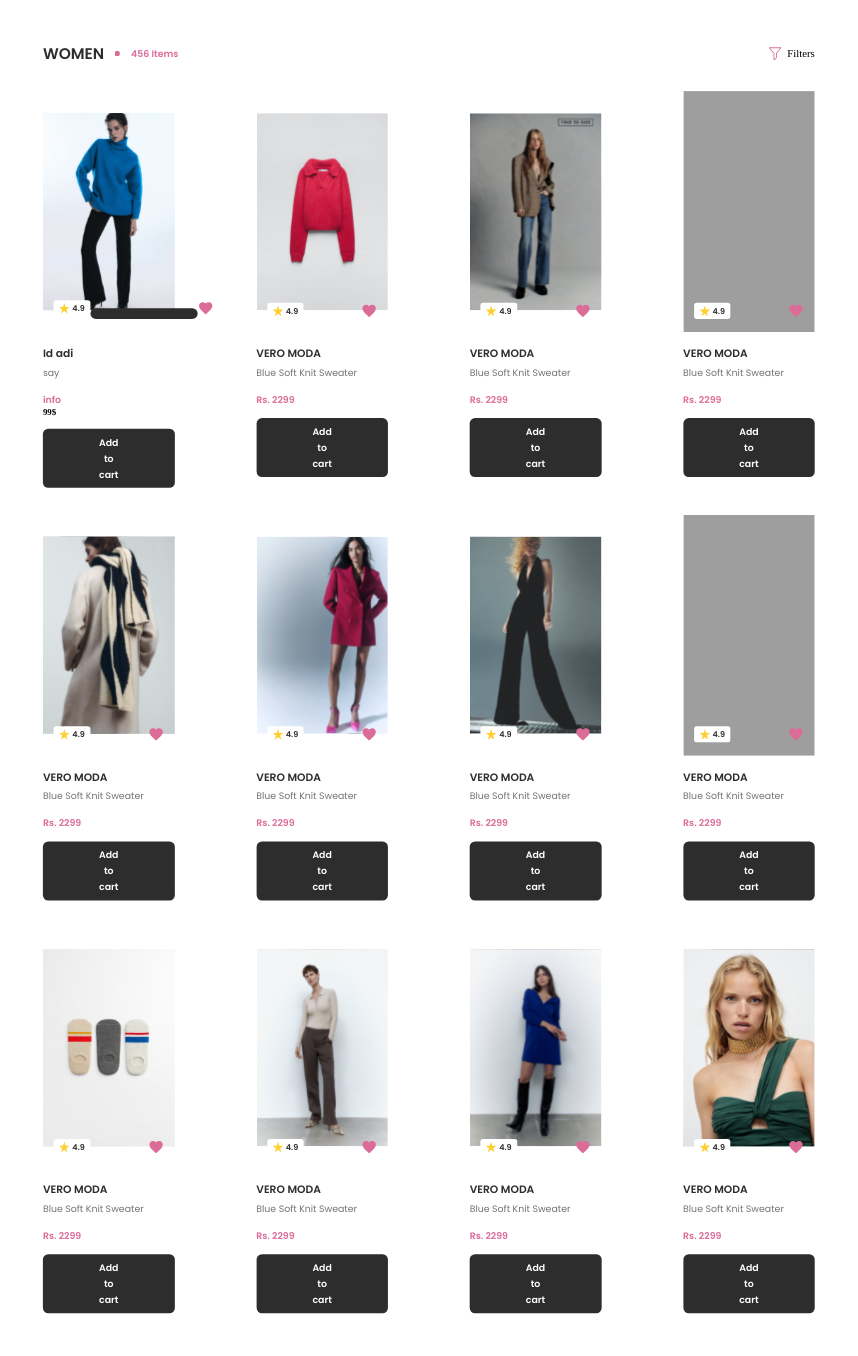
Repository: NatiqSamiyev/E-commerce-vebsite
Page: pages/shopPage/index.html
These files come from the project's save history. The page is drawn as it stood at one moment and after a run of saves; the edit follows.
The browser window is 1280 px wide. The pictures show the whole page, at 67% of full size.
Pictures or frames that could not be fetched are drawn as grey boxes. Some web fonts or font styles are not loaded; a fallback is used. The style sheet was rebuilt from its Sass, Less or Tailwind sources for each picture, by a compiler version that may differ from the author's.

Above is the page before, as saved 2023-12-09 11:52:52.

### pages/shopPage/index.html
<!DOCTYPE html>
<html lang="en">
  <head>
    <meta charset="UTF-8" />
    <meta name="viewport" content="width=device-width, initial-scale=1.0" />
    <title>Document</title>
    <link rel="stylesheet" href="../../assets/css/reset.css" />
    <link rel="stylesheet" href="./index.css" />
  </head>
  <body>
    <div class="shop-container">
      <div class="title-container">
        <div class="div-1">
          <h1>WOMEN</h1>
          <img src="../../assets/image/Ellipse 1.svg" alt="" />
          <p>456 Items</p>
        </div>

        <div class="div-2">
          <img src="../../assets/image/cil_filter.svg" alt="" />
          <p>Filters</p>
        </div>
      </div>

      <div class="image-box">
        <div class="box-container">
          <div class="image-container">
            <img class="image-1" src="../../assets/image/image 13.svg" alt="" />
            <div class="div-3">
              <div class="icon">
                <img
                  class="image-2"
                  src="../../assets/image/icon emojione-star.svg"
                  alt=""
                />
                <p>4.9</p>
              </div>
<button class="no-fav-btn"></button>
              <img
                class="image-3"
                src="../../assets/image/mdi_cards-heart.svg"
                alt=""
              />
            </div>
          </div>
          <h2><span>Id</span> adi</h2>
          <h3>say</h3>
          <h4>info</h4>
          <h5><span>99</span>$</h5>
          <button>
            <a href="#">Add to cart</a>
          </button>
        </div>

        <div class="box-container">
          <div class="image-container">
            <img
              class="image-1"
              src="../../assets/image/image 13 (1).svg"
              alt=""
            />
            <div class="div-3">
              <div class="icon">
                <img
                  class="image-2"
                  src="../../assets/image/icon emojione-star.svg"
                  alt=""
                />
                <p>4.9</p>
              </div>

              <img
                class="image-3"
                src="../../assets/image/mdi_cards-heart.svg"
                alt=""
              />
            </div>
          </div>

          <h2>VERO MODA</h2>
          <h3>Blue Soft Knit Sweater</h3>
          <h4>Rs. 2299</h4>

          <button>
            <a href="#">Add to cart</a>
          </button>
        </div>

        <div class="box-container">
          <div class="image-container">
            <img
              class="image-1"
              src="../../assets/image/image 13 (2).svg"
              alt=""
            />
            <div class="div-3">
              <div class="icon">
                <img
                  class="image-2"
                  src="../../assets/image/icon emojione-star.svg"
                  alt=""
                />
                <p>4.9</p>
              </div>

              <img
                class="image-3"
                src="../../assets/image/mdi_cards-heart.svg"
                alt=""
              />
            </div>
          </div>

          <h2>VERO MODA</h2>
          <h3>Blue Soft Knit Sweater</h3>
          <h4>Rs. 2299</h4>

          <button>
            <a href="#">Add to cart</a>
          </button>
        </div>

        <div class="box-container">
          <div class="image-container">
            <img
              class="image-1"
              src="../../assets/image/image 13 (3).svg"
              alt=""
            />
            <div class="div-3">
              <div class="icon">
                <img
                  class="image-2"
                  src="../../assets/image/icon emojione-star.svg"
                  alt=""
                />
                <p>4.9</p>
              </div>

              <img
                class="image-3"
                src="../../assets/image/mdi_cards-heart.svg"
                alt=""
              />
            </div>
          </div>

          <h2>VERO MODA</h2>
          <h3>Blue Soft Knit Sweater</h3>
          <h4>Rs. 2299</h4>

          <button>
            <a href="#">Add to cart</a>
          </button>
        </div>

        <div class="box-container">
          <div class="image-container">
            <img
              class="image-1"
              src="../../assets/image/image 13 (4).svg"
              alt=""
            />
            <div class="div-3">
              <div class="icon">
                <img
                  class="image-2"
                  src="../../assets/image/icon emojione-star.svg"
                  alt=""
                />
                <p>4.9</p>
              </div>

              <img
                class="image-3"
                src="../../assets/image/mdi_cards-heart.svg"
                alt=""
              />
            </div>
          </div>

          <h2>VERO MODA</h2>
          <h3>Blue Soft Knit Sweater</h3>
          <h4>Rs. 2299</h4>

          <button>
            <a href="#">Add to cart</a>
          </button>
        </div>

        <div class="box-container">
          <div class="image-container">
            <img
              class="image-1"
              src="../../assets/image/image 13 (5).svg"
              alt=""
            />
            <div class="div-3">
              <div class="icon">
                <img
                  class="image-2"
                  src="../../assets/image/icon emojione-star.svg"
                  alt=""
                />
                <p>4.9</p>
              </div>

              <img
                class="image-3"
                src="../../assets/image/mdi_cards-heart.svg"
                alt=""
              />
            </div>
          </div>

          <h2>VERO MODA</h2>
          <h3>Blue Soft Knit Sweater</h3>
          <h4>Rs. 2299</h4>

          <button>
            <a href="#">Add to cart</a>
          </button>
        </div>

        <div class="box-container">
          <div class="image-container">
            <img
              class="image-1"
              src="../../assets/image/image 13 (6).svg"
              alt=""
            />
            <div class="div-3">
              <div class="icon">
                <img
                  class="image-2"
                  src="../../assets/image/icon emojione-star.svg"
                  alt=""
                />
                <p>4.9</p>
              </div>

              <img
                class="image-3"
                src="../../assets/image/mdi_cards-heart.svg"
                alt=""
              />
            </div>
          </div>

          <h2>VERO MODA</h2>
          <h3>Blue Soft Knit Sweater</h3>
          <h4>Rs. 2299</h4>

          <button>
            <a href="#">Add to cart</a>
          </button>
        </div>

        <div class="box-container">
          <div class="image-container">
            <img
              class="image-1"
              src="../../assets/image/image 13 (7).svg"
              alt=""
            />
            <div class="div-3">
              <div class="icon">
                <img
                  class="image-2"
                  src="../../assets/image/icon emojione-star.svg"
                  alt=""
                />
                <p>4.9</p>
              </div>

              <img
                class="image-3"
                src="../../assets/image/mdi_cards-heart.svg"
                alt=""
              />
            </div>
          </div>

          <h2>VERO MODA</h2>
          <h3>Blue Soft Knit Sweater</h3>
          <h4>Rs. 2299</h4>

          <button>
            <a href="#">Add to cart</a>
          </button>
        </div>

        <div class="box-container">
          <div class="image-container">
            <img
              class="image-1"
              src="../../assets/image/image 13 (8).svg"
              alt=""
            />
            <div class="div-3">
              <div class="icon">
                <img
                  class="image-2"
                  src="../../assets/image/icon emojione-star.svg"
                  alt=""
                />
                <p>4.9</p>
              </div>

              <img
                class="image-3"
                src="../../assets/image/mdi_cards-heart.svg"
                alt=""
              />
            </div>
          </div>

          <h2>VERO MODA</h2>
          <h3>Blue Soft Knit Sweater</h3>
          <h4>Rs. 2299</h4>

          <button>
            <a href="#">Add to cart</a>
          </button>
        </div>

        <div class="box-container">
          <div class="image-container">
            <img
              class="image-1"
              src="../../assets/image/image 13 (9).svg"
              alt=""
            />
            <div class="div-3">
              <div class="icon">
                <img
                  class="image-2"
                  src="../../assets/image/icon emojione-star.svg"
                  alt=""
                />
                <p>4.9</p>
              </div>

              <img
                class="image-3"
                src="../../assets/image/mdi_cards-heart.svg"
                alt=""
              />
            </div>
          </div>

          <h2>VERO MODA</h2>
          <h3>Blue Soft Knit Sweater</h3>
          <h4>Rs. 2299</h4>

          <button>
            <a href="#">Add to cart</a>
          </button>
        </div>

        <div class="box-container">
          <div class="image-container">
            <img
              class="image-1"
              src="../../assets/image/image 13 (10).svg"
              alt=""
            />
            <div class="div-3">
              <div class="icon">
                <img
                  class="image-2"
                  src="../../assets/image/icon emojione-star.svg"
                  alt=""
                />
                <p>4.9</p>
              </div>

              <img
                class="image-3"
                src="../../assets/image/mdi_cards-heart.svg"
                alt=""
              />
            </div>
          </div>

          <h2>VERO MODA</h2>
          <h3>Blue Soft Knit Sweater</h3>
          <h4>Rs. 2299</h4>

          <button>
            <a href="#">Add to cart</a>
          </button>
        </div>

        <div class="box-container">
          <div class="image-container">
            <img
              class="image-1"
              src="../../assets/image/image 13 (11).svg"
              alt=""
            />
            <div class="div-3">
              <div class="icon">
                <img
                  class="image-2"
                  src="../../assets/image/icon emojione-star.svg"
                  alt=""
                />
                <p>4.9</p>
              </div>

              <img
                class="image-3"
                src="../../assets/image/mdi_cards-heart.svg"
                alt=""
              />
            </div>
          </div>

          <h2>VERO MODA</h2>
          <h3>Blue Soft Knit Sweater</h3>
          <h4>Rs. 2299</h4>

          <button>
            <a href="#">Add to cart</a>
          </button>
        </div>
      </div>
    </div>
  </body>
  <script src="./index.js"></script>
</html>

### assets/css/reset.css
*{
    margin: 0;
    padding: 0;
    box-sizing: border-box;
}
li{
    list-style-type: none;
}
a{
    text-decoration: none;

}
button{
    border: none;
    background: none;
}

### pages/shopPage/index.js
// let mainBox = document.querySelector(".image-box");

// function getData() {
//   let data = JSON.parse(localStorage.getItem("products"));
//   data.forEach((element) => {
//     mainBox.innerHTML += `
//     <div class="box-container">
//     <div class="image-container">
//       <img class="image-1" src="${element.img}" alt="" />
//       <div class="div-3">
//         <div class="icon">
//           <img
//             class="image-2"
//             src="../../assets/image/icon emojione-star.svg"
//             alt=""
//           />
//           <p>4.9</p>
//         </div>

//         <img
//           class="image-3"
//           src="../../assets/image/mdi_cards-heart.svg"
//           alt=""
//         />
//       </div>
//     </div>
//     <h2><span>${element.id}</span> ${element.name}</h2>
//     <h3>${element.count}</h3>
//     <h4>${element.info}</h4>
//     <h5><span>${element.amount}</span>$</h5>
//     <button>
//       <a href="#">Add to cart</a>
//     </button>
//   </div>


//     `;
//   });
// }
// getData();

### pages/shopPage/index.scss
@import url("https://fonts.googleapis.com/css2?family=Epilogue:wght@400;600;700;800;900&family=Inter:wght@400;500;600;700&family=Laila:wght@700&family=Open+Sans:wght@400;600;700;800&family=Poppins:wght@400;500;600;700;800;900&family=Roboto+Slab:wght@700&family=Roboto:wght@400;700;900&display=swap");

.shop-container {
  width: 100%;
  min-height: 100vh;
  padding: 64px;
  .title-container {
    width: 100%;
    display: flex;
    justify-content: space-between;
    .div-1 {
      display: flex;
      justify-content: space-between;
      align-items: center;
      gap: 16px;
      h1 {
        color: var(--text-color-primary, #2d2d2d);
        text-align: center;
        font-family: Poppins;
        font-size: 23px;
        font-style: normal;
        font-weight: 600;
        line-height: 32px;
      }
      img {
        width: 8px;
        height: 8px;
      }
      P {
        color: var(--text-color-accent, #db6b97);
        font-family: Poppins;
        font-size: 14px;
        font-style: normal;
        font-weight: 600;
        line-height: 24px;
      }
    }
    .div-2 {
      display: flex;
      justify-content: space-between;
      align-items: center;
      gap: 8px;
    }
  }
  .image-box {
    width: 100%;
    margin-top: 40px;
    display: grid;
    /* // column-gap: 40px; */
    grid-template-columns: 1fr 1fr 1fr 1fr;
    /* // grid-template-rows: auto auto auto ; */
    column-gap: 122px;
    row-gap: 40px;

    .box-container {
      /* width: 240px; */
      .image-container {
        /* width: 240px; */
        position: relative;
        /* border: 2px solid green; */
        .image-1 {
          width: 100%;
          height: 360px;
        }
        .div-3 {
          width: 100%;
          padding: 0 16px;
          display: flex;
          justify-content: space-between;
          align-items: center;
          position: absolute;
          bottom: 24px;
          .icon {
            padding: 4px 8px;
            display: flex;
            justify-content: space-between;
            align-items: center;
            border-radius: 4px;
            background: var(--text-color-secondary, #fff);
            .image-2 {
              width: 16px;
              height: 16px;
            }
            p {
              margin-left: 4px;
              color: var(--text-color-primary, #2d2d2d);
              font-family: Poppins;
              font-size: 12px;
              font-style: normal;
              font-weight: 600;
              line-height: 16px;
            }
          }
        }
      }
      h2 {
        margin-top: 16px;
        color: var(--text-color-primary, #2d2d2d);
        font-family: Poppins;
        font-size: 16px;
        font-style: normal;
        font-weight: 600;
        line-height: 24px;
      }
      h3 {
        margin-top: 4px;
        color: var(--text-color-tertiary, #737373);
        font-family: Poppins;
        font-size: 14px;
        font-style: normal;
        font-weight: 400;
        line-height: 24px;
      }
      h4 {
        margin-top: 16px;
        color: var(--text-color-accent, #db6b97);
        font-family: Poppins;
        font-size: 14px;
        font-style: normal;
        font-weight: 600;
        line-height: 24px;
      }
      button {
        margin-top: 16px;
        display: flex;
        padding: 8px 80px;
        justify-content: center;
        align-items: center;
        border-radius: 8px;
        background: var(--text-color-primary, #2d2d2d);
        cursor: pointer;
        a {
          color: var(--text-color-secondary, #fff);
          text-align: center;
          font-family: Poppins;
          font-size: 14px;
          font-style: normal;
          font-weight: 600;
          line-height: 24px;
        }
      }
    }
  }
}

After the next 2 saves:
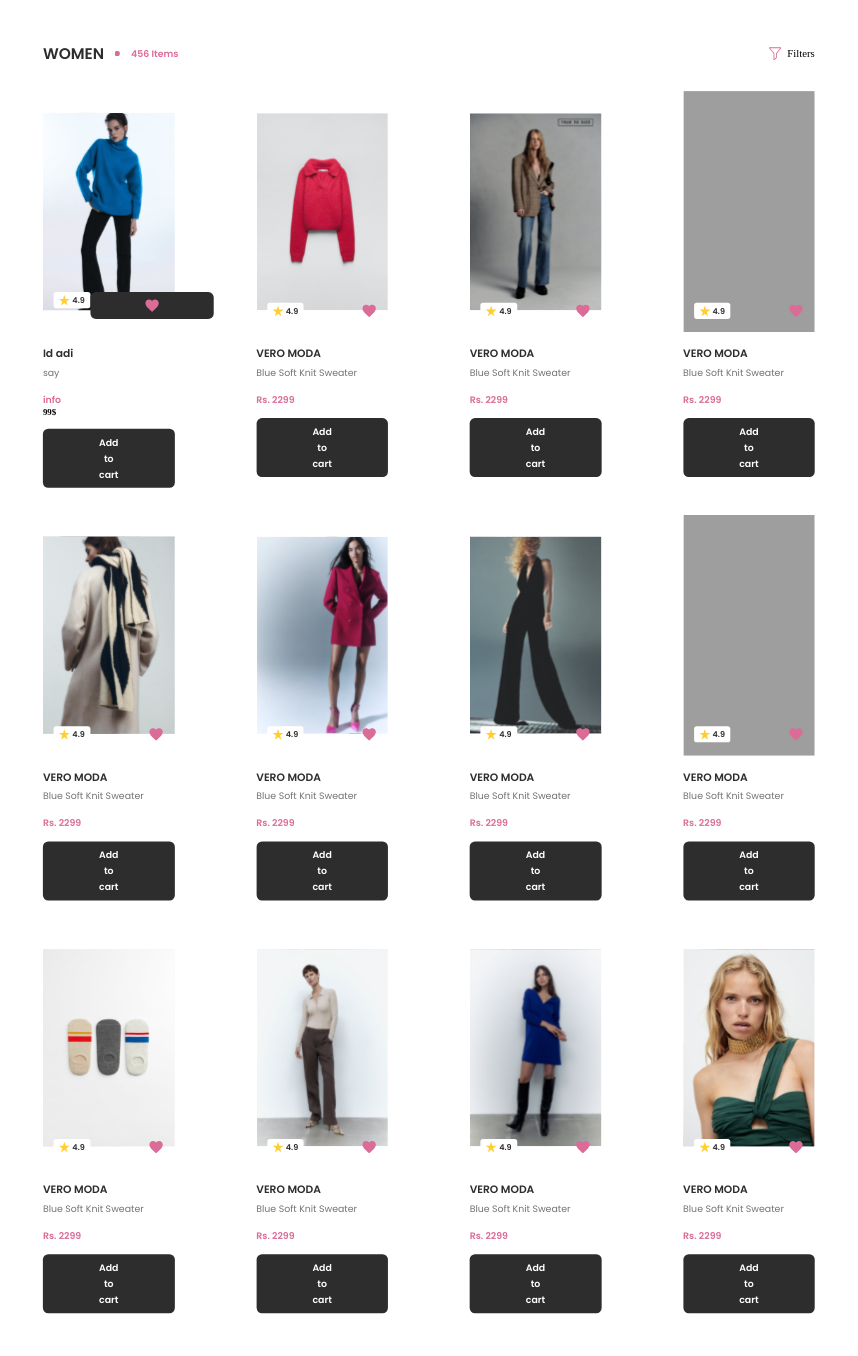
The 2 saves are shown as one change because they came seconds apart.
The last was saved 6 s later.
--- a/pages/shopPage/index.html
+++ b/pages/shopPage/index.html
@@ -35,12 +35,14 @@
                 />
                 <p>4.9</p>
               </div>
-<button class="no-fav-btn"></button>
-              <img
-                class="image-3"
-                src="../../assets/image/mdi_cards-heart.svg"
-                alt=""
-              />
+<button class="no-fav-btn">
+  <img
+  class="image-3"
+  src="../../assets/image/mdi_cards-heart.svg"
+  alt=""
+/>
+</button>
+
             </div>
           </div>
           <h2><span>Id</span> adi</h2>
